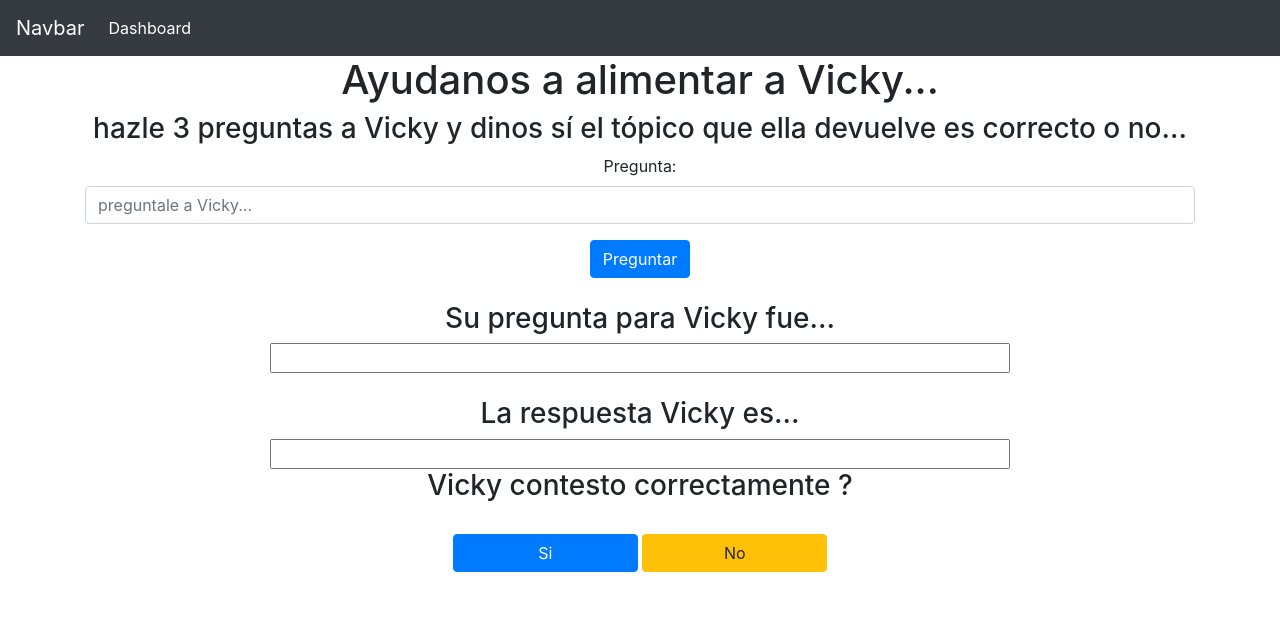
Repository: Crixtiancub/feedback_Vicky
Page: http://localhost/
The author's editor kept a copy of each file at every save. The page is drawn from the files as they stood at one save, then again after a run of saves.
The browser window is 1280 px wide. The pictures show the whole page.
The page is served by the project's application, run on Django 3.2 (manage.py). Other server files are loaded and not shown.

Above is the page before, as saved 2021-05-11 10:20:52.

### vicky/templates/dashboard.html
{% extends 'main.html' %}

{% block content %}

<div id="form_Vicky" class="container text-center">

    <h1>Ayudanos a alimentar a Vicky...</h1>

    <h3>hazle {{ num_visits }} {%if num_visits == 1%} pregunta{% else %}
        preguntas{% endif %}  a Vicky y dinos sí el tópico que ella
        devuelve es correcto o no...</h3>

    <form id="preguntar_Vicky" action="{% url 'home' %}" method="POST">
        {% csrf_token%}

        <div class="form-group">
            <label for="txt_pregunta_Vicky">Pregunta:</label><br>

            <input type="text" id="txt_pregunta_Vicky"
            name="pregunta_Vicky" v-model="pregunta" class="col-sm form-control"
            placeholder="preguntale a Vicky..." required>
        </div>

        <input type="submit" id="preguntar" class="btn btn-primary" value="Preguntar" v-model="vue.view">
    </form>

    <br>

    <div id="target" v-if="vue.view == 'Preguntar'">
        <form method="POST">
            {% csrf_token%}

            <h3>Su pregunta para Vicky fue...</h3>
            <input type="text" aling="center" class="col-sm-8" readonly name="retorno_Pregunta" value="{{ pregunta }}" >
            <br>
            <br>

            <h3>La respuesta Vicky es...</h3>
            <input type="text" aling="center" class="col-sm-8" readonly name="retorno_Respuesta" value="{{ respuesta }}">
            <br>

            <h3>Vicky contesto correctamente ?</h3>
            <br>

            <input type="submit" class="col-sm-2 btn btn-primary" v-model="vue.view"
             id="responder_Si" value="Si" name="Si">
            <input type="submit" class="col-sm-2 btn btn-warning" v-model="vue.view"
             id="responder_No" value="No" name="No">
        </form>
    </div>

</div>

<script>

    // window.onbeforeunload = function(event) {
    //     event.preventDefault();
    //     return false;
    // }

    const app = new Vue({
        el: '#form_vicky',
        data: {
            vue :{
                pregunta: null,
                view: null
            }
        },
        methods:{
            checkForm: function (e) {

                if (this.pregunta) {
                    return true;
                }

                if (!this.pregunta) {
                    return false;
                }
            }
        }
    })

</script>

{% endblock %}

### vicky/templates/main.html
<!DOCTYPE html>
 <!-- Latest compiled and minified CSS -->
 <link rel="stylesheet" href="https://maxcdn.bootstrapcdn.com/bootstrap/4.5.2/css/bootstrap.min.css">

 <!-- jQuery library -->
 <script src="https://ajax.googleapis.com/ajax/libs/jquery/3.5.1/jquery.min.js"></script>

 <!-- Popper JS -->
 <script src="https://cdnjs.cloudflare.com/ajax/libs/popper.js/1.16.0/umd/popper.min.js"></script>

 <!-- Latest compiled JavaScript -->
 <script src="https://maxcdn.bootstrapcdn.com/bootstrap/4.5.2/js/bootstrap.min.js"></script>

<!-- versión de desarrollo, incluye advertencias de ayuda en la consola -->
<script src="https://unpkg.com/vue"></script>

<html>
    <head>
        <title>
            Prueba1
        </title>
    </head>
    <body>
        {% include 'navbar.html' %}

        {% block content %}

        {% endblock %}
    </body>
</html>

### vicky/templates/navbar.html
 <nav class="navbar navbar-expand-lg navbar-dark bg-dark">
    <a class="navbar-brand" href="#">Navbar</a>
    <button class="navbar-toggler" type="button" data-toggle="collapse" data-target="#navbarSupportedContent" aria-controls="navbarSupportedContent" aria-expanded="false" aria-label="Toggle navigation">
      <span class="navbar-toggler-icon"></span>
    </button>

    <div class="collapse navbar-collapse" id="navbarSupportedContent">
      <ul class="navbar-nav mr-auto">
        <li class="nav-item active">
          <a class="nav-link" href="{% url 'home' %}" disabled="true">Dashboard</a>
        </li>
        <!-- <li class="nav-item dropdown">
          <a class="nav-link dropdown-toggle" href="#" id="navbarDropdown" role="button" data-toggle="dropdown" aria-haspopup="true" aria-expanded="false">
            Dropdown
          </a>
          <div class="dropdown-menu" aria-labelledby="navbarDropdown">
            <a class="dropdown-item" href="#">Action</a>
            <a class="dropdown-item" href="#">Another action</a>
            <div class="dropdown-divider"></div>
            <a class="dropdown-item" href="#">Something else here</a>
          </div>
        </li>
        <li class="nav-item">
          <a class="nav-link disabled" href="#">Disabled</a>
        </li>
      </ul>
      <form class="form-inline my-2 my-lg-0">
        <input class="form-control mr-sm-2" type="search" placeholder="Search" aria-label="Search">
        <button class="btn btn-outline-success my-2 my-sm-0" type="submit">Search</button>
      </form> -->
    </div>
  </nav>

### vicky/views.py
from django.shortcuts import render, redirect
import os
from modelo_IA.archivos_Python.pipeline import Pipeline
from vicky import templates
from .models import *
from django.template.response import TemplateResponse

model = Pipeline()

# Create your views here.

def home(request):

    num_visits = request.session.get('num_visits', 3)

    if num_visits == 0:
        request.session['num_visits'] = 3

        # pregunta = str(request.POST.get('retorno_Pregunta'))
        # respuesta = str(request.POST.get('retorno_Respuesta'))

        pregunta = str(request.POST.get('pregunta_Vicky'))
        respuesta = model.run_model(pregunta)

        # if 'Si' in request.POST:
        #     acierto = str(request.POST.get('Si'))
        # else:
        #     acierto = str(request.POST.get('No'))

        # envio_Pregunta = preguntas_Vicky(
        #     pregunta=pregunta,
        #     respuesta=respuesta,
        #     acierto= acierto
        #     )

        # envio_Pregunta.save()

        # return redirect(noVisitas)

        context = {
            "pregunta":pregunta,
            "respuesta":respuesta,
            'num_visits': num_visits,
        }

        return TemplateResponse(request, 'dashboard.html' , context)


    if request.POST:
        request.session['num_visits'] -= 1

        # pregunta = str(request.POST.get('retorno_Pregunta'))
        # respuesta = str(request.POST.get('retorno_Respuesta'))

        pregunta = str(request.POST.get('pregunta_Vicky'))
        respuesta = model.run_model(pregunta)

        # if 'Si' in request.POST:
        #     acierto = str(request.POST.get('Si'))
        # else:
        #     acierto = str(request.POST.get('No'))

        # envio_Pregunta = preguntas_Vicky(
        #     pregunta=pregunta,
        #     respuesta=respuesta,
        #     acierto= acierto
        #     )
        # envio_Pregunta.save()

        context = {
            "pregunta":pregunta,
            "respuesta":respuesta,
            'num_visits': num_visits,
        }

        return TemplateResponse(request, 'dashboard.html' , context)
    else:
        contexto = {
            'num_visits': num_visits,
        }

        return render(request, 'dashboard.html', contexto)


def noVisitas(request):
    return render(request, 'noVisitas.html')

def respuesta_Vicky(request):
    pregunta = str(request.POST['pregunta_Vicky'])
    respuesta = model.run_model(pregunta)
    context = {
        "pregunta":pregunta,
        "respuesta":respuesta
    }
    return render(request, 'respuesta_Vicky.html', context)

### prueba_Vicky/urls.py
"""prueba_Vicky URL Configuration

The `urlpatterns` list routes URLs to views. For more information please see:
    https://docs.djangoproject.com/en/3.2/topics/http/urls/
Examples:
Function views
    1. Add an import:  from my_app import views
    2. Add a URL to urlpatterns:  path('', views.home, name='home')
Class-based views
    1. Add an import:  from other_app.views import Home
    2. Add a URL to urlpatterns:  path('', Home.as_view(), name='home')
Including another URLconf
    1. Import the include() function: from django.urls import include, path
    2. Add a URL to urlpatterns:  path('blog/', include('blog.urls'))
"""
from django.contrib import admin
from django.urls import path, include

urlpatterns = [
    path('admin/', admin.site.urls),
    path('', include('vicky.urls'))
]

### vicky/urls.py
from django.urls import path
from . import views


# Direccionamiento de las paginas
urlpatterns = [
    path(r'', views.home, name='home'),
    path(r'noVisitas/', views.noVisitas, name="noVisitas"),
    path(r'respuesta_Vicky/', views.respuesta_Vicky, name='respuesta_Vicky')
]

After the next 2 saves:
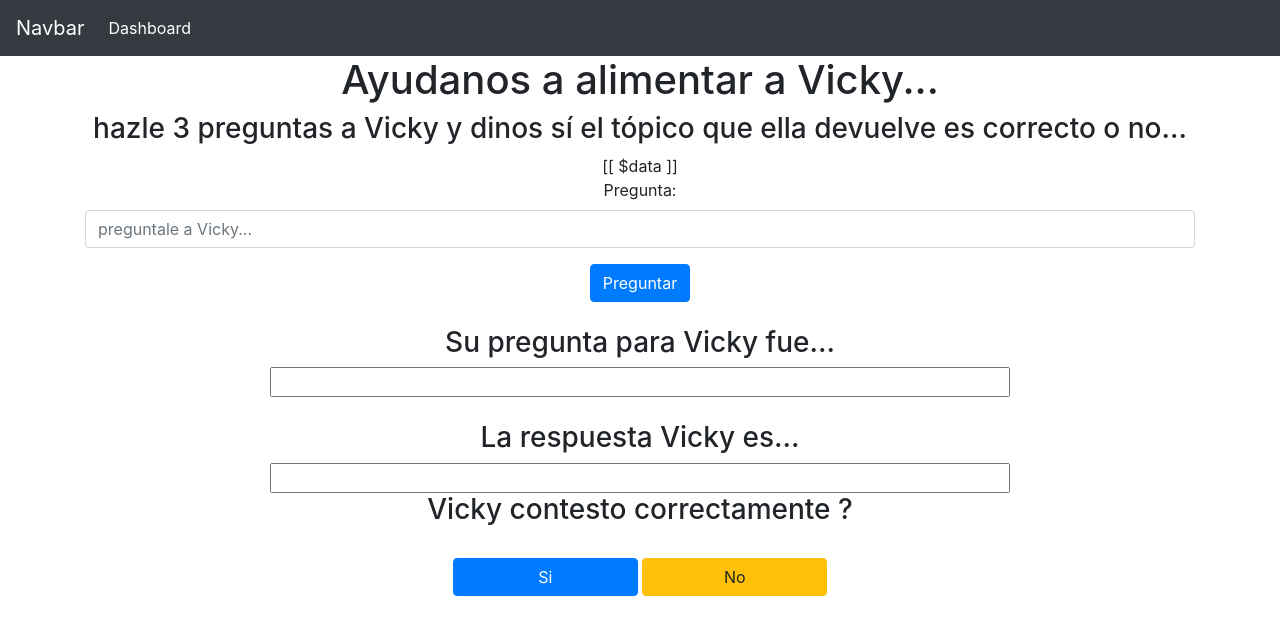
The 2 saves are shown as one change because 1 did not build or start.
The last was saved 116 s later.
--- a/vicky/templates/dashboard.html
+++ b/vicky/templates/dashboard.html
@@ -9,6 +9,8 @@
     <h3>hazle {{ num_visits }} {%if num_visits == 1%} pregunta{% else %}
         preguntas{% endif %}  a Vicky y dinos sí el tópico que ella
         devuelve es correcto o no...</h3>
+
+    [[ $data ]]
 
     <form id="preguntar_Vicky" action="{% url 'home' %}" method="POST">
         {% csrf_token%}
@@ -59,6 +61,7 @@
     // }
 
     const app = new Vue({
+        delimiters: ['[[', ']]'],
         el: '#form_vicky',
         data: {
             vue :{
